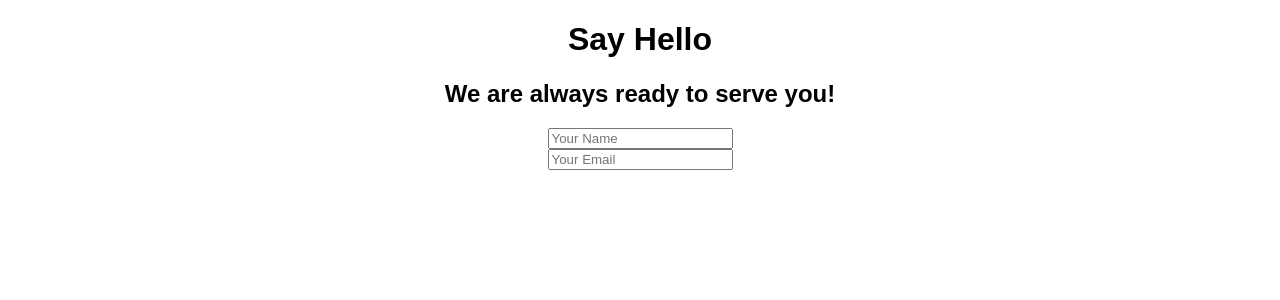
Repository: Owusuharriet/HW1-HAMAH.index.html
Page: index.htm
These files come from the project's save history. The page is drawn as it stood at one moment and after a run of saves; the edit follows.
The browser window is 1280 px wide. The pictures show the whole page.

Above is the page before, as saved 2020-08-03 22:24:15.

### index.htm
<!DOCTYPE html>
<html lang="en">
<head>
    <meta charset="UTF-8">
    <meta name="viewport" content="width=device-width, initial-scale=1.0">
    <link rel="stylesheet" type="text/css" href="./styles/style.css">
    <title>Contact Form</title>
</head>
<body>
    <div class="contact-title">
        <h1>Say Hello</h1>
        <h2>We are always ready to serve you!</h2>
    </div>

    <div class="contact-form">
        <form id="contact-form" method="post" action=""></form>
        <input name="name" type="text" class="form-control" placeholder="Your Name" required><br>
        <input name="emil" type="email" class="from-control" placeholder="Your Email"required><br
        >


    </div>


</body>
</html>

### style.css
body{
    margin: 0;
    padding: 0;
    text-align: center;
    background: linear-gradient(0,0 150, 0.5,),rgba(0, 0, 50, 0.5),url(laptop.jpg);
    background-size: cover;
    background-position: center;
    font-family: sans-serif;
}

.content-title{
    margin-top: 90px;
    color: #fff;
    text-transform: uppercase;
    transition: all 2 ease-in-out;

}
.content-title h1{
    font-size: 32px;
    line-height: 10px;
}

.content-title h2{
    font-size: 10px;
}

After the next 5 saves:
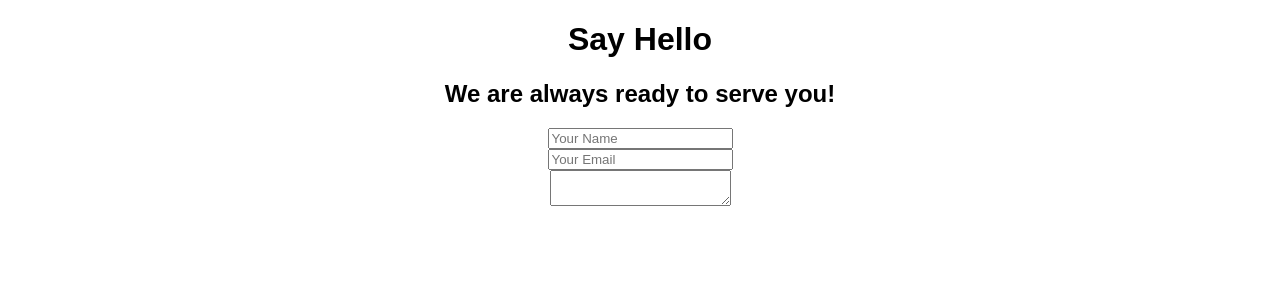
The 5 saves are shown as one change because they came seconds apart.
The last was saved 13 s later.
--- a/index.htm
+++ b/index.htm
@@ -18,6 +18,7 @@
         <input name="emil" type="email" class="from-control" placeholder="Your Email"required><br
         >
 
+        <textarea
 
     </div>
 
